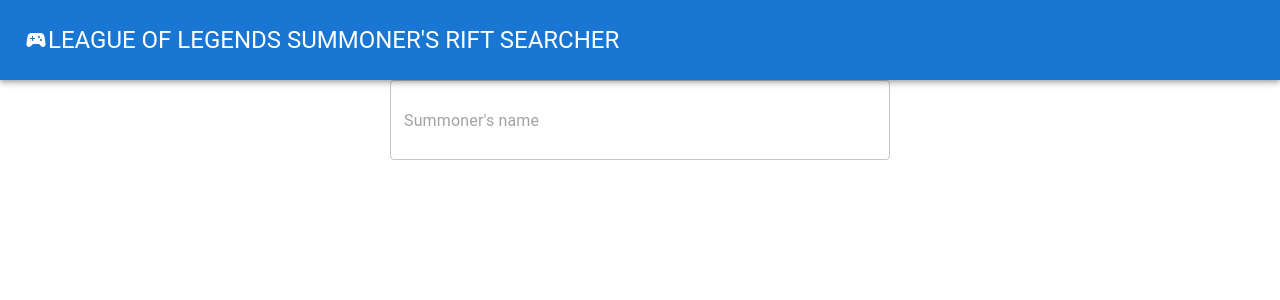
Repository: Mikerr21/League-Of-Legends-API
Page: /
The author's editor kept a copy of each file at every save. The page is drawn from the files as they stood at one save, then again after a run of saves.
The browser window is 1280 px wide. The pictures show the whole page.
The project was rebuilt for these pictures with package versions that can differ from the ones it lists, and the page was loaded fresh each time.

Above is the page before, as saved 2022-09-23 18:48:00.

### public/index.html
<!DOCTYPE html>
<html lang="en">
  <head>
    <meta charset="utf-8" />
    <link rel="icon" href="%PUBLIC_URL%/favicon.ico" />
    <meta name="viewport" content="width=device-width, initial-scale=1" />
    <meta name="theme-color" content="#000000" />
    <meta
      name="description"
      content="Web site created using create-react-app"
    />
    <link rel="apple-touch-icon" href="%PUBLIC_URL%/logo192.png" />

    <title>React App</title>
  </head>
  <body>
    <noscript>You need to enable JavaScript to run this app.</noscript>
    <div id="root"></div>

  </body>
</html>

### src/App.js
import React from "react";
import { useState } from "react";
import {AppBar} from "@mui/material";
import {Toolbar} from "@mui/material";
import {CssBaseline} from "@mui/material";
import SportsEsportsIcon from '@mui/icons-material/SportsEsports';
import OutlinedInput from '@mui/material/OutlinedInput';
import './App.css';
import { Typography } from "@mui/material";
function App() {






  return (
    <div className="App">
      <CssBaseline />

<AppBar position="static" >
  <Toolbar variant="dense" style={{height:'80px'}}>
    <SportsEsportsIcon></SportsEsportsIcon>
    <Typography variant="h5" component="h2">
  LEAGUE OF LEGENDS SUMMONER'S RIFT SEARCHER
</Typography>
  </Toolbar>
</AppBar>
<OutlinedInput type="text" placeholder="Summoner's name" style={{height:'80px',width:"500px"}} ></OutlinedInput>
    </div>
  );
}

export default App;

Loaded but not shown: src/index.js (common file); src/index.css (common file); src/App.css (common file)

After the next 2 saves:
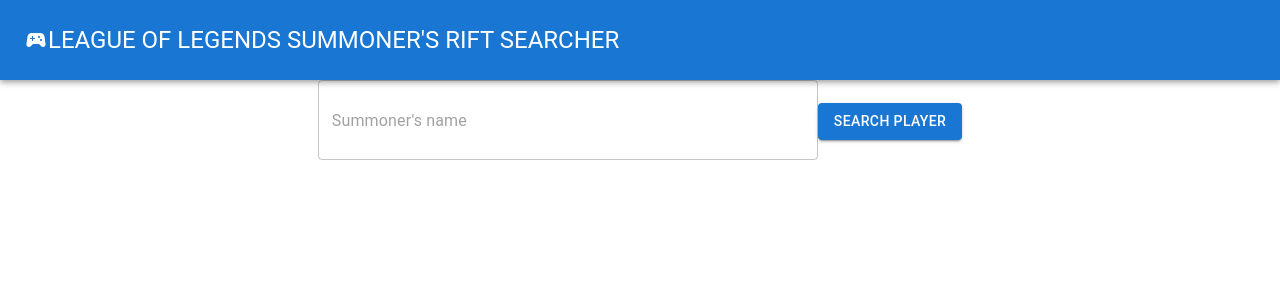
The 2 saves are shown as one change because 1 did not build or start.
The last was saved 52 s later.
--- a/src/App.js
+++ b/src/App.js
@@ -7,8 +7,10 @@
 import OutlinedInput from '@mui/material/OutlinedInput';
 import './App.css';
 import { Typography } from "@mui/material";
+import {Button} from "@mui/material";
+
+
 function App() {
-
 
 
 
@@ -27,6 +29,7 @@
   </Toolbar>
 </AppBar>
 <OutlinedInput type="text" placeholder="Summoner's name" style={{height:'80px',width:"500px"}} ></OutlinedInput>
+<Button variant="contained">Search player</Button>
     </div>
   );
 }
